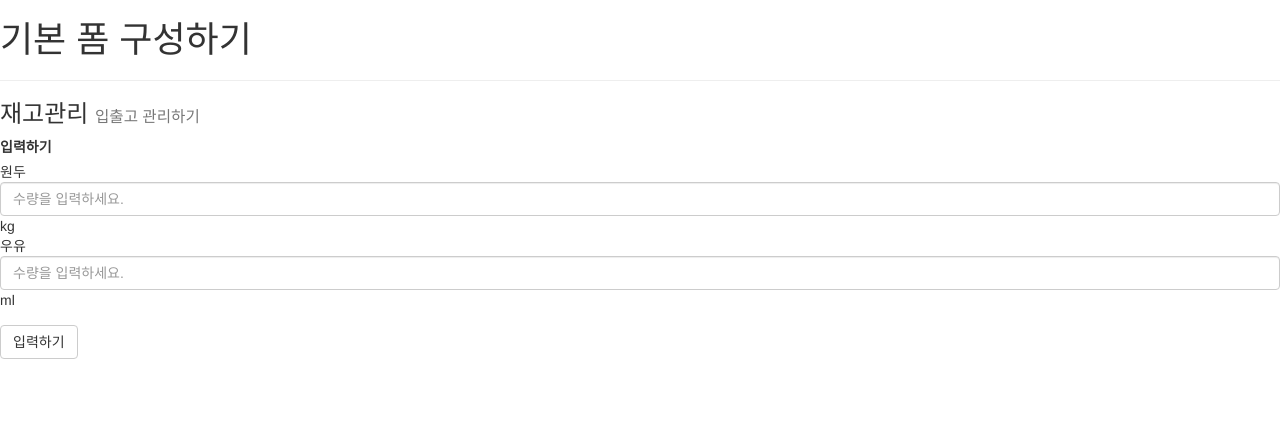
Repository: yhj4130/BootstrapStudy
Page: BootstrapWork/WebContent/BootEx06.html
The author's editor kept a copy of each file at every save. The page is drawn from the files as they stood at one save, then again after the next save.
The browser window is 1280 px wide. The pictures show the whole page.

Above is the page before, as saved 2019-06-12 03:23:38.

After the next save:
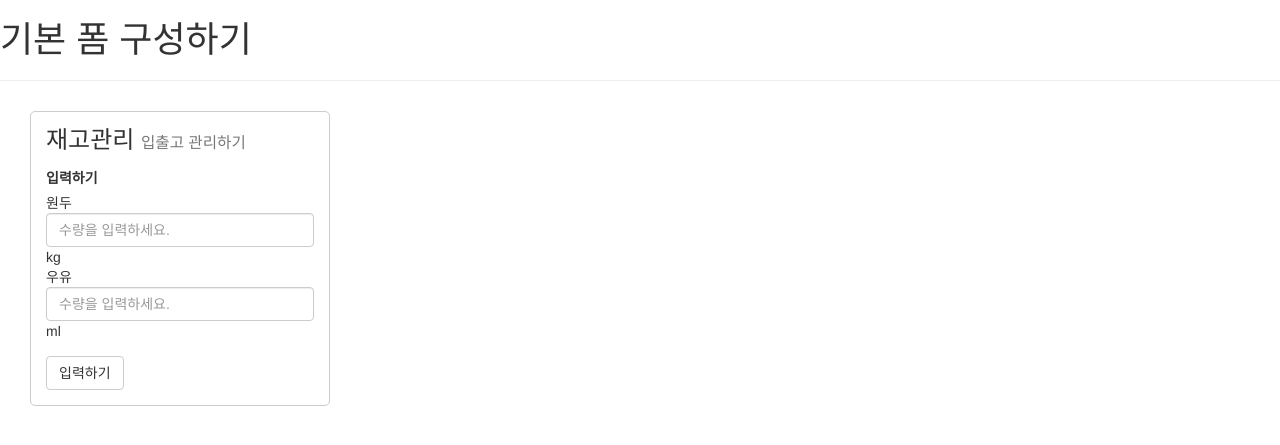
Saved 62 s later.
--- a/BootstrapWork/WebContent/BootEx06.html
+++ b/BootstrapWork/WebContent/BootEx06.html
@@ -7,6 +7,23 @@
 <link rel="stylesheet" href="css/bootstrap.css">
 <script type="text/javascript" src="js/jquery-3.4.1.min.js"></script>
 <script type="text/javascript" src="js/bootstrap.min.js"></script>
+
+<style type="text/css">
+	#content
+	{
+		border: 1px solid #ccc;
+		border-radius: 5px;
+		width: 300px;
+		padding: 15px;
+		margin: 30px;
+	}
+
+	#content h3
+	{
+		margin: 0px;
+		margin-bottom: 15px;
+	}
+</style>
 
 </head>
 <body>
